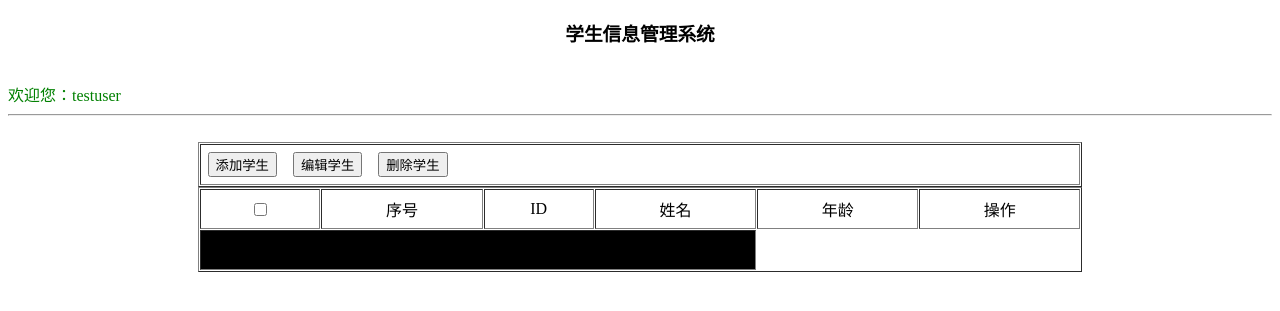
Repository: DataBoxWx/mvc_servlet_3
Page: http://localhost/jsp_1_homework/studentlist.do
These files come from the project's save history. The page is drawn as it stood at one moment and after the next save; the edit follows.
The browser window is 1280 px wide. The pictures show the whole page.
The page is served by Tomcat 9. The session is filled in as if someone had signed in: {"username": "testuser"}. Other server files are loaded and not shown. Queries for data that is not in the repository find no rows.

Above is the page before, as saved 2018-05-04 13:47:52.

### jsp_1_homework/WebContent/jsp/studentlist.jsp
<%@ taglib prefix="b" uri="http://java.sun.com/jsp/jstl/core" %>
<%@ page language="java" contentType="text/html; charset=UTF-8"
    pageEncoding="UTF-8"%>
<%
	String basePath = request.getScheme() + "://" + request.getServerName() + ":" + 	request.getServerPort() + request.getContextPath() + "/";
%>
<!DOCTYPE html PUBLIC "-//W3C//DTD HTML 4.01 Transitional//EN" "http://www.w3.org/TR/html4/loose.dtd">
<html>
<head>
<base href="<%=basePath%>">
<meta http-equiv="Content-Type" content="text/html; charset=UTF-8">
<title>Insert title here</title>
<style type="text/css">
	td{
		text-align: center
	}
	a{
		text-decoration: none;
		color: green;
	}
	.ys{
		background-color: activecaption;
	}
</style>
<script type="text/javascript" src="js/jquery-1.8.3.min.js"></script>
<script type="text/javascript">
/* 	function tj(){
		window.location.href="jsp/studentadd.jsp";
	} */
	$(function(){

		$("#addButt").click(function(){
			window.location.href="jsp/studentadd.jsp";
		});
		$("#editButt").click(function(){

			var $xz = $("input[name='xz']:checked");
			if($xz.length==0){
				alert("请选择一个记录");
			}else if($xz.length == 1){
				//alert(123);
				var id = $xz[0].value;
				//alert(id);
				window.location.href="studentshow.do?id="+id;
			}else{
				alert("只能选择一条记录");
			}

		});
		$("#deleteButt").click(function(){
			var $xz = $("input[name='xz']:checked");
			if($xz.length==0){
				alert("请选择需要删除的记录");
			}else{
				if(confirm("您确定删除吗？")){
					var path="studentdeletes.do?";
					for(var i=0;i < $xz.length;i++){
						path += "id=" + $xz[i].value;
						if(i<$xz.length-1){
							path += "&";
						}
					}
					window.location.href=path;
				}
			}
		});
		$("#tb").click(function(){
			var $xz = $("input[name='xz']")
			if($("#tb")[0].checked){
				for(var i = 0;i<$xz.length;i++){
					$xz[i].checked=true;
				}
			}else{
				for(var i = 0;i<$xz.length;i++){
					$xz[i].checked=false;
				}
			}
		});
		$("#t>tr:even").addClass("ys");

	});

</script>
</head>
<body>
	<h3 style="text-align:center">学生信息管理系统</h3><br/>
	<div style="color: green">欢迎您：${username}</div><hr><br>
	<table border="1"  align="center" width=70% cellpadding="7" cellspacing="1">
		<tr>
			<td style="text-align:left" >
				<button id="addButt">添加学生</button>&nbsp;&nbsp;&nbsp;
				<button id="editButt">编辑学生</button>&nbsp;&nbsp;&nbsp;
				<button id="deleteButt">删除学生</button>&nbsp;&nbsp;&nbsp;
			</td>
		</tr>
	</table>
	<table border="1" align="center" width=70% cellpadding="7" cellspacing="1">
		<thead>
		<tr>
			<td>
				<input type="checkbox" id="tb">
			</td>
			<td>
			序号
			</td>
			<td>
			ID
			</td>
			<td>
			姓名
			</td>
			<td>
			年龄
			</td>
			<td>
			操作
			</td>
		</tr>
		</thead>
		<tbody id="t">
			<b:if test="${empty list}">
				<tr>
					<td colspan="4">
						没有相关的记录
					</td>
				</tr>
			</b:if>
			<b:if test="${!empty list}">
				<b:forEach items="${list}" var="slist" varStatus="vs">
					<tr>
						<td>
							<input type="checkbox" name="xz" value="${slist.id}"/>
						</td>
						<td>
							${vs.count}
						</td>
						<td>
							${slist.id}
						</td>
						<td>
							${slist.name}
						</td>
						<td>
							${slist.age}
						</td>
						<td>
							 <a href="studentshow.do?id=${slist.id}">编辑</a>
							 	||
							 <a href="studentdelete.do?id=${slist.id}">删除</a>

						</td>
					</tr>
				</b:forEach>
			</b:if>
		</tbody>
	</table>
</body>
</html>

### jsp_1_homework/src/com/bjpowernode/demo1/StudentList.java
package com.bjpowernode.demo1;

import java.io.IOException;
import java.sql.Connection;
import java.sql.PreparedStatement;
import java.sql.ResultSet;
import java.sql.SQLException;
import java.util.ArrayList;
import java.util.List;

import javax.servlet.ServletException;
import javax.servlet.http.HttpServlet;
import javax.servlet.http.HttpServletRequest;
import javax.servlet.http.HttpServletResponse;

import com.bjpowernode.common.Jutil;
import com.bjpowernode.domain.Student;

/**
 * Servlet implementation class Login
 */
public class StudentList extends HttpServlet {

	protected void doGet(HttpServletRequest request, HttpServletResponse response) throws ServletException, IOException {

		Connection conn = null;
		PreparedStatement ps = null;
		ResultSet res = null;
		String sql = "select id,name,age from student";
		List<Student> list = new ArrayList<>();
		try {
			conn = Jutil.getConnection();
			ps = conn.prepareStatement(sql);
			res = ps.executeQuery();
			while(res.next()){
				Student stu = new Student();
				stu.setId(res.getString(1));
				stu.setName(res.getString(2));
				stu.setAge(res.getInt(3));
				list.add(stu);
			}
		} catch (ClassNotFoundException e) {
			// TODO Auto-generated catch block
			e.printStackTrace();
		} catch (SQLException e) {
			// TODO Auto-generated catch block
			e.printStackTrace();
		}
		request.setAttribute("list", list);
		request.getRequestDispatcher("/jsp/studentlist.jsp").forward(request, response);

	}

	protected void doPost(HttpServletRequest request, HttpServletResponse response) throws ServletException, IOException {
		doGet(request, response);
	}

}

### jsp_1_homework/src/com/bjpowernode/common/Jutil.java
package com.bjpowernode.common;

import java.io.IOException;
import java.io.InputStream;
import java.sql.Connection;
import java.sql.DriverManager;
import java.sql.PreparedStatement;
import java.sql.ResultSet;
import java.sql.SQLException;
import java.util.Properties;

public class Jutil {
	private static String user;
	private static String password;
	private static String url;
	private static String classname;
	static{
		Properties pro = new Properties();
		InputStream in = Jutil.class.getClassLoader().getResourceAsStream("resource.properties");
		try {
			pro.load(in);
			user = pro.getProperty("user");
			password = pro.getProperty("password");
			url = pro.getProperty("url");
			classname = pro.getProperty("classname");
		} catch (IOException e) {
			// TODO Auto-generated catch block
			e.printStackTrace();
		}finally {
			if(in != null){
				try {
					in.close();
				} catch (IOException e) {
					// TODO Auto-generated catch block
					e.printStackTrace();
				}
			}
		}
	}
	public static Connection getConnection() throws SQLException, ClassNotFoundException{
		Class.forName(classname);
		return DriverManager.getConnection(url, user, password);
	}
	public static void close1(Connection conn,PreparedStatement ps, ResultSet res) {
		if(res != null){
			try {
				res.close();
			} catch (SQLException e) {
				// TODO Auto-generated catch block
				e.printStackTrace();
			}
		}
		if(ps != null){
			try {
				ps.close();
			} catch (SQLException e) {
				// TODO Auto-generated catch block
				e.printStackTrace();
			}
		}
		if( conn!= null){
			try {
				conn.close();
			} catch (SQLException e) {
				// TODO Auto-generated catch block
				e.printStackTrace();
			}
		}

	}
}

Loaded but not shown: jsp_1_homework/WebContent/js/jquery-1.8.3.min.js (library)

After the next save:
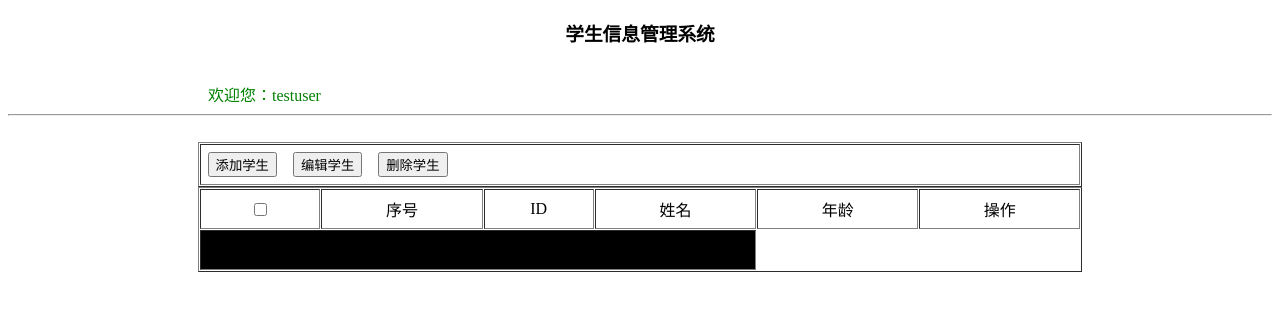
Saved 3 min 39 s later.
--- a/jsp_1_homework/WebContent/jsp/studentlist.jsp
+++ b/jsp_1_homework/WebContent/jsp/studentlist.jsp
@@ -84,7 +84,7 @@
 </head>
 <body>
 	<h3 style="text-align:center">学生信息管理系统</h3><br/>
-	<div style="color: green">欢迎您：${username}</div><hr><br>
+	<div style="color: green;margin-left: 200px">欢迎您：${username}</div><hr><br>
 	<table border="1"  align="center" width=70% cellpadding="7" cellspacing="1">
 		<tr>
 			<td style="text-align:left" >
